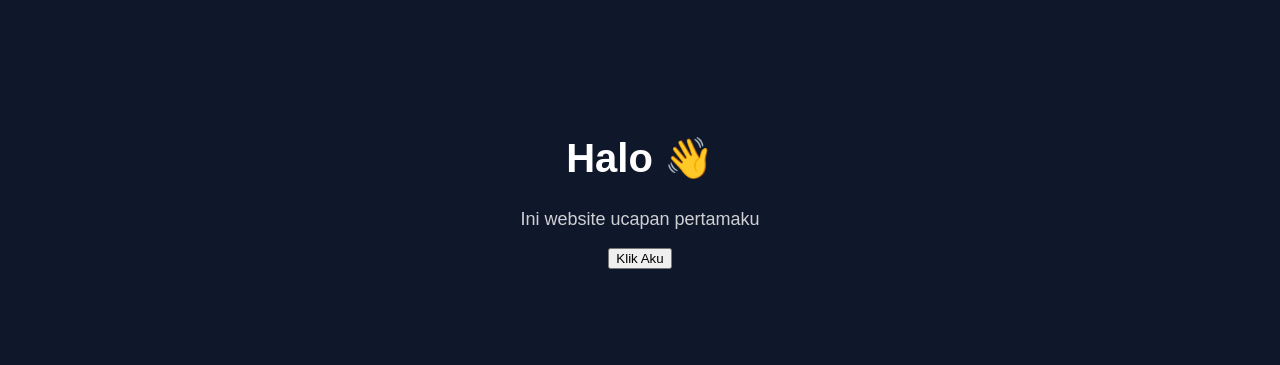
Repository: mufti-1448/web-ucapan
Page: index.html
The author's editor kept a copy of each file at every save. The page is drawn from the files as they stood at one save, then again after the next save.
The browser window is 1280 px wide. The pictures show the whole page.

Above is the page before, as saved 2026-02-16 15:00:45.

After the next save:
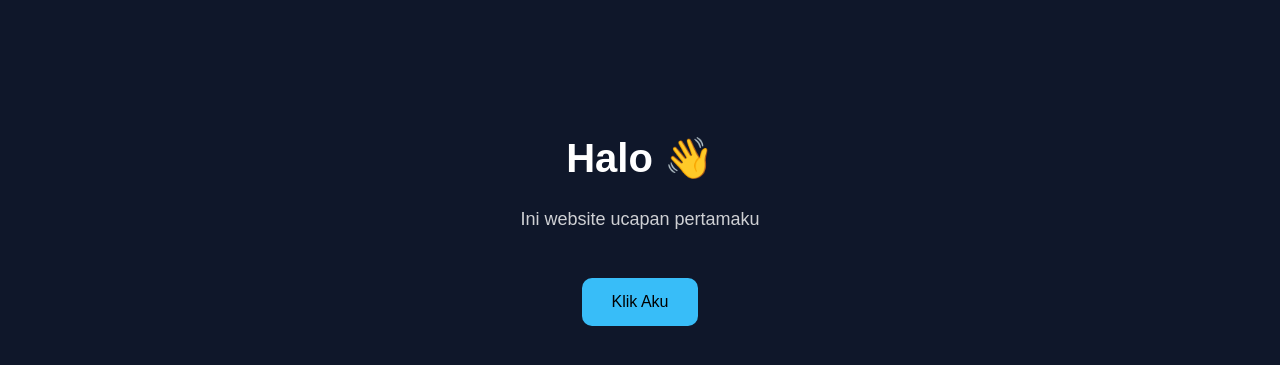
Saved 9 s later.
--- a/style.css
+++ b/style.css
@@ -14,3 +14,18 @@ p {
   font-size: 18px;
   opacity: 0.8;
 }
+
+button {
+  margin-top: 30px;
+  padding: 15px 30px;
+  font-size: 16px;
+  border: none;
+  border-radius: 10px;
+  background-color: #38bdf8;
+  color: black;
+  cursor: pointer;
+}
+
+button:hover {
+  background-color: #0ea5e9;
+}
